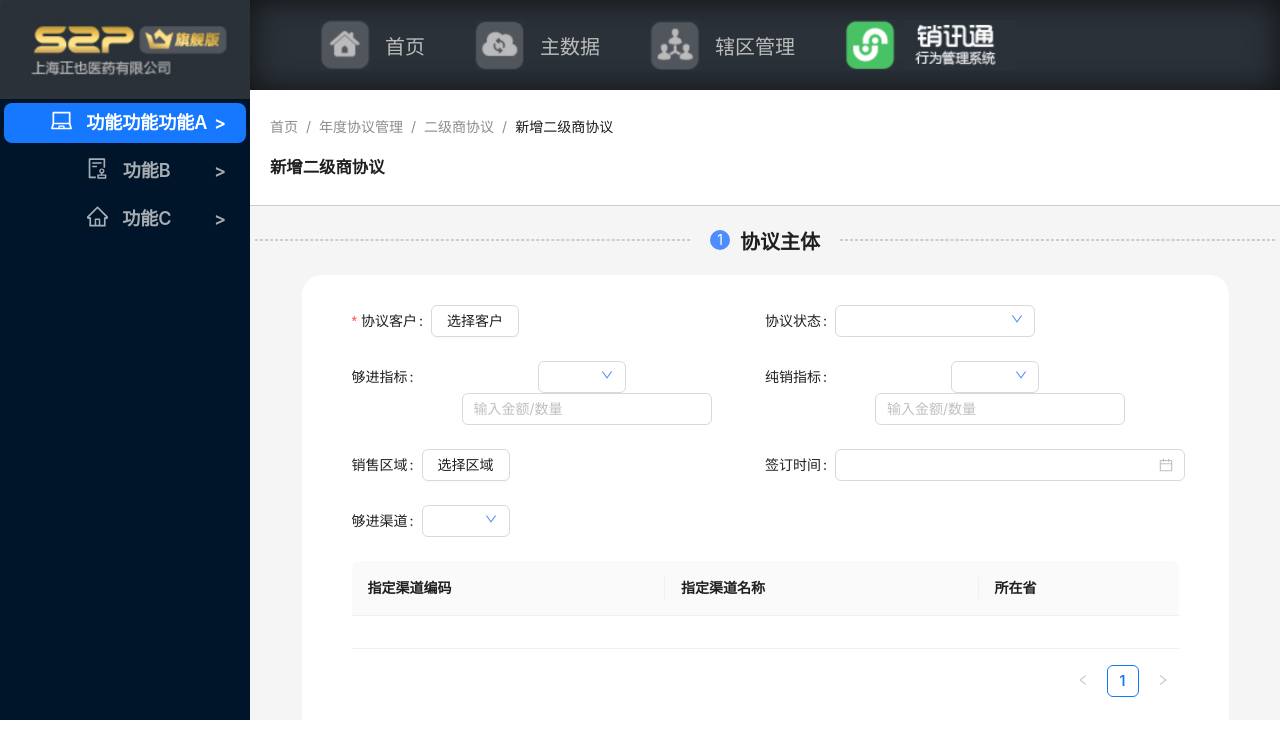
Repository: XiChips/questionB
Page: /
The author's editor kept a copy of each file at every save. The page is drawn from the files as they stood at one save, then again after the next save.
The browser window is 1280 px wide. The pictures show the whole page.
The project was rebuilt for these pictures with package versions that can differ from the ones it lists, and the page was loaded fresh each time. Also part of the build but not shown: vue.config.js.

Above is the page before, as saved 2024-02-28 13:27:23.

After the next save:
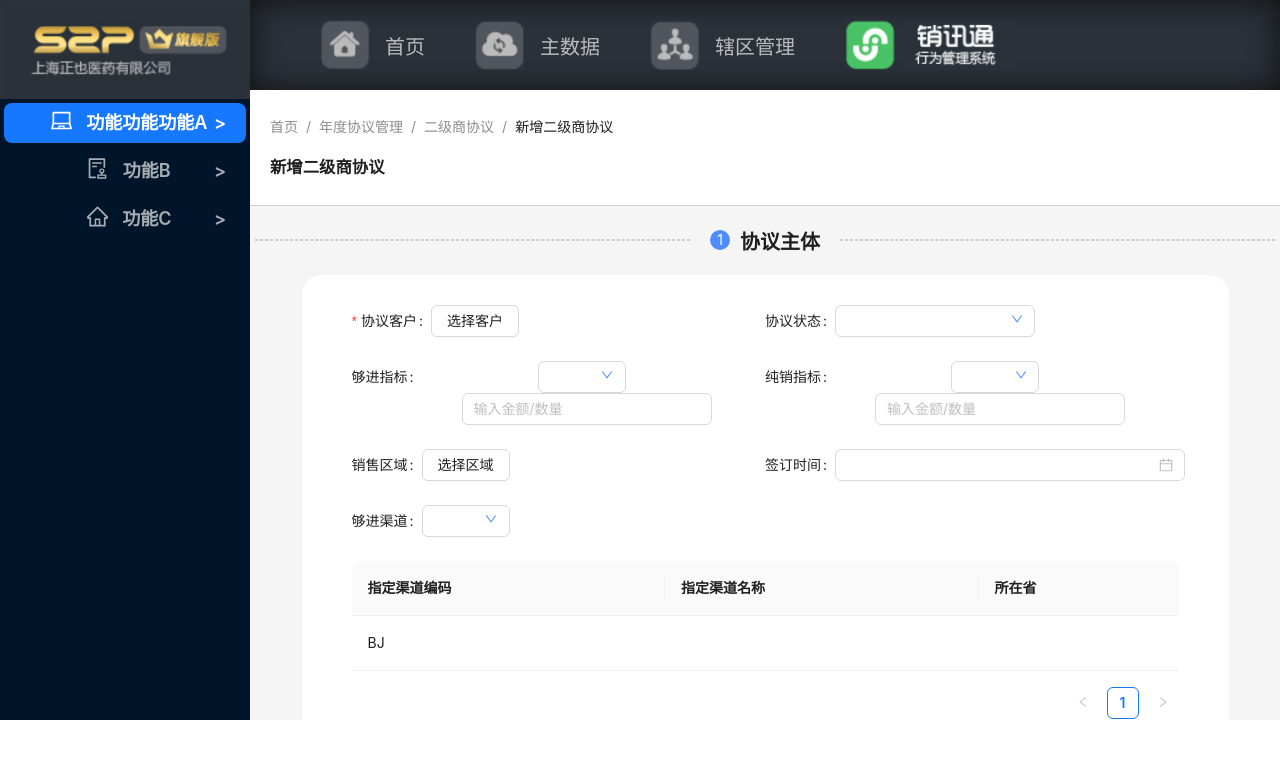
Saved 9 s later.
--- a/src/views/home.vue
+++ b/src/views/home.vue
@@ -198,7 +198,7 @@
       options5: [{ value: "指定渠道", id: "指定渠道" }],
       pages: [{ name: "首页", link: "/" }],
       data: [{
-        col1: "",
+        col1: "BJ",
         col2: "",
         col3: "",
       }],
